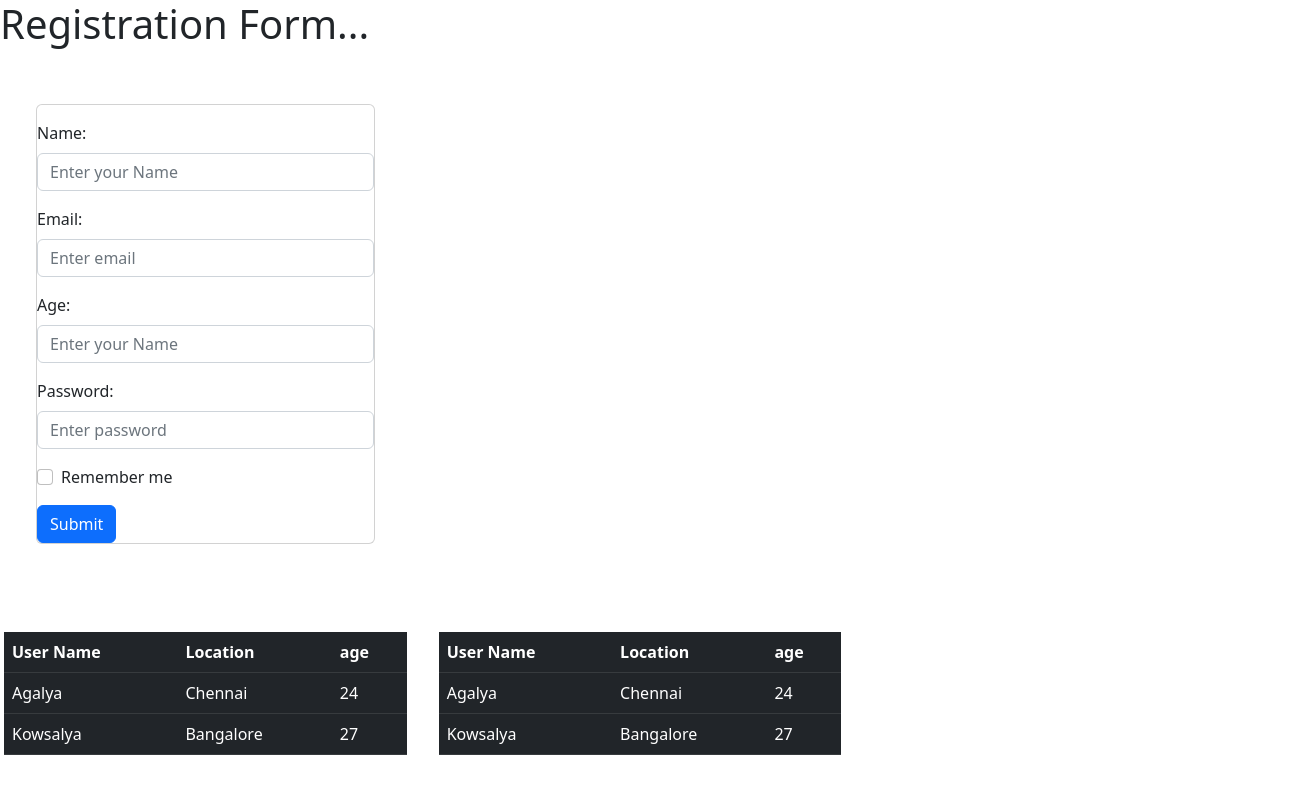
Repository: rajeshkannane/java1
Page: Form/public/index.html
An editor plug-in stored every save of this project. The page is shown before and after the next save, followed by the edit.
The browser window is 1280 px wide. The page is 1292 px wide, so the pictures cover 1292 px, including what lies to the right of the window. The pictures show the whole page.

Above is the page before, as saved 2022-11-16 12:33:36.

After the next save:
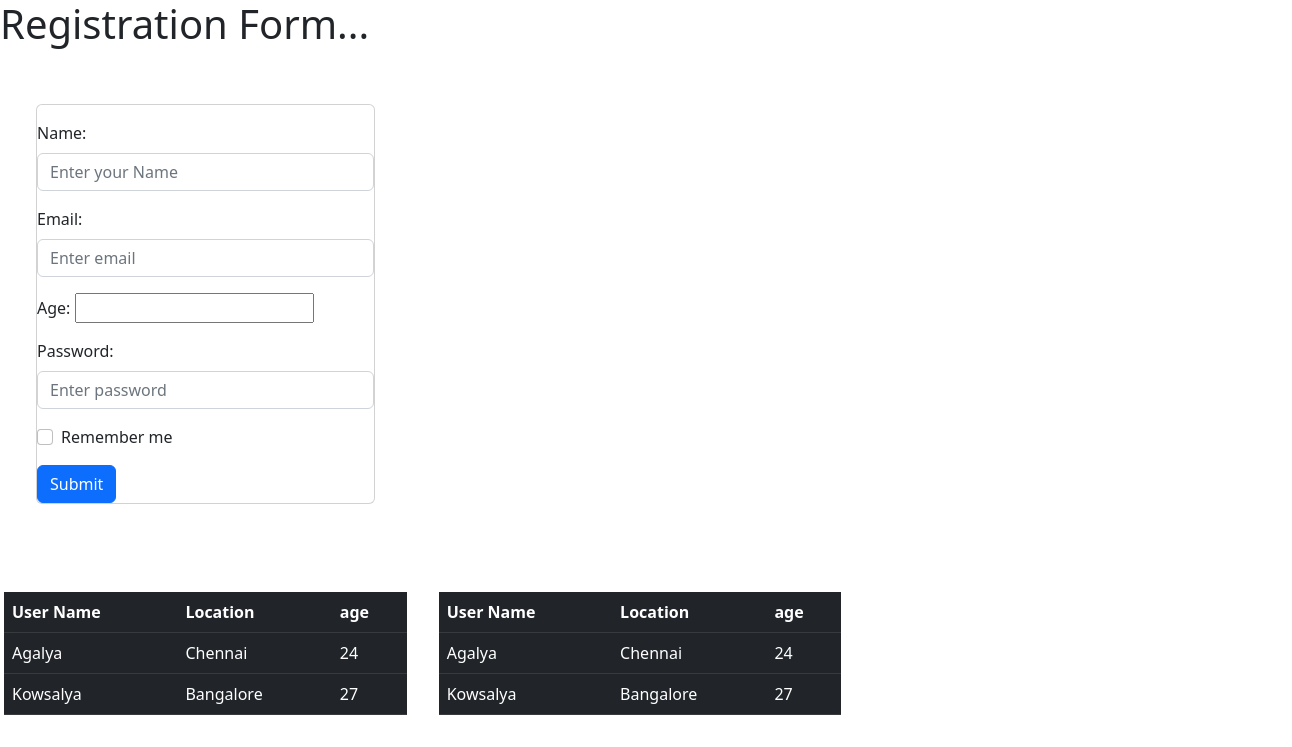
Saved 5 min 42 s later.
--- a/Form/public/index.html
+++ b/Form/public/index.html
@@ -22,8 +22,9 @@
     <input type="email" class="form-control" id="email" placeholder="Enter email" name="email">
   </div>
   <div class="mb-3 mt-3">
-    <label for="Age" class="form-label">Age:</label>
-    <input type="Age" class="form-control" id="Age" placeholder="Enter your Name" name="Age">
+    <form action="/action_page.php">
+  <label for="Age">Age:</label>
+  <input type="Number" id="Age" name="Age">
   </div>
 
 
